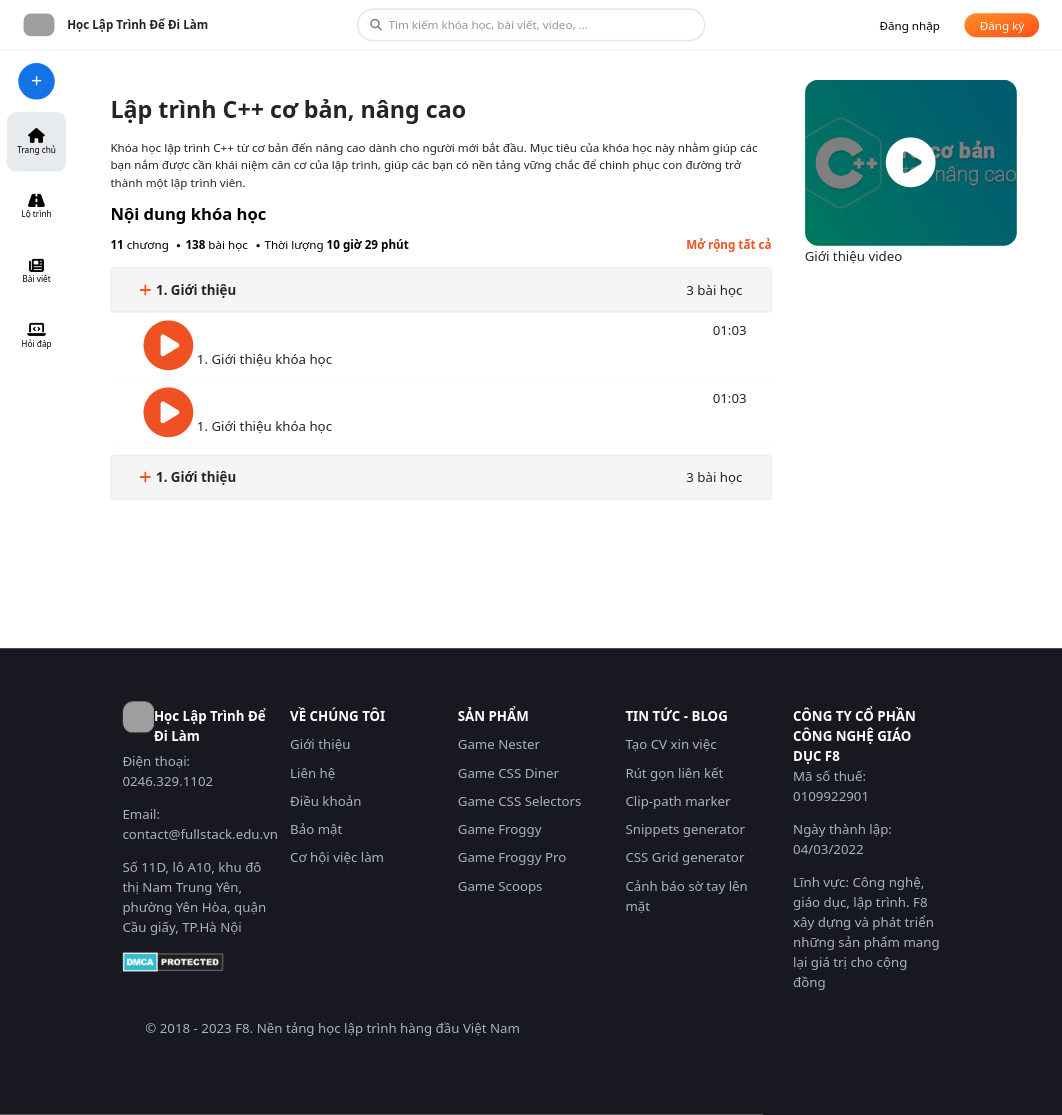
Repository: Quoc-Thang/projectasm
Page: introcourse.html
An editor plug-in stored every save of this project. The page is shown before and after the next save, followed by the edit.
The browser window is 1280 px wide. The pictures show the whole page, at 83% of full size.
Pictures or frames that could not be fetched are drawn as grey boxes. Some web libraries are served in a nearby version.

Above is the page before, as saved 2023-11-30 22:47:52.

After the next save:
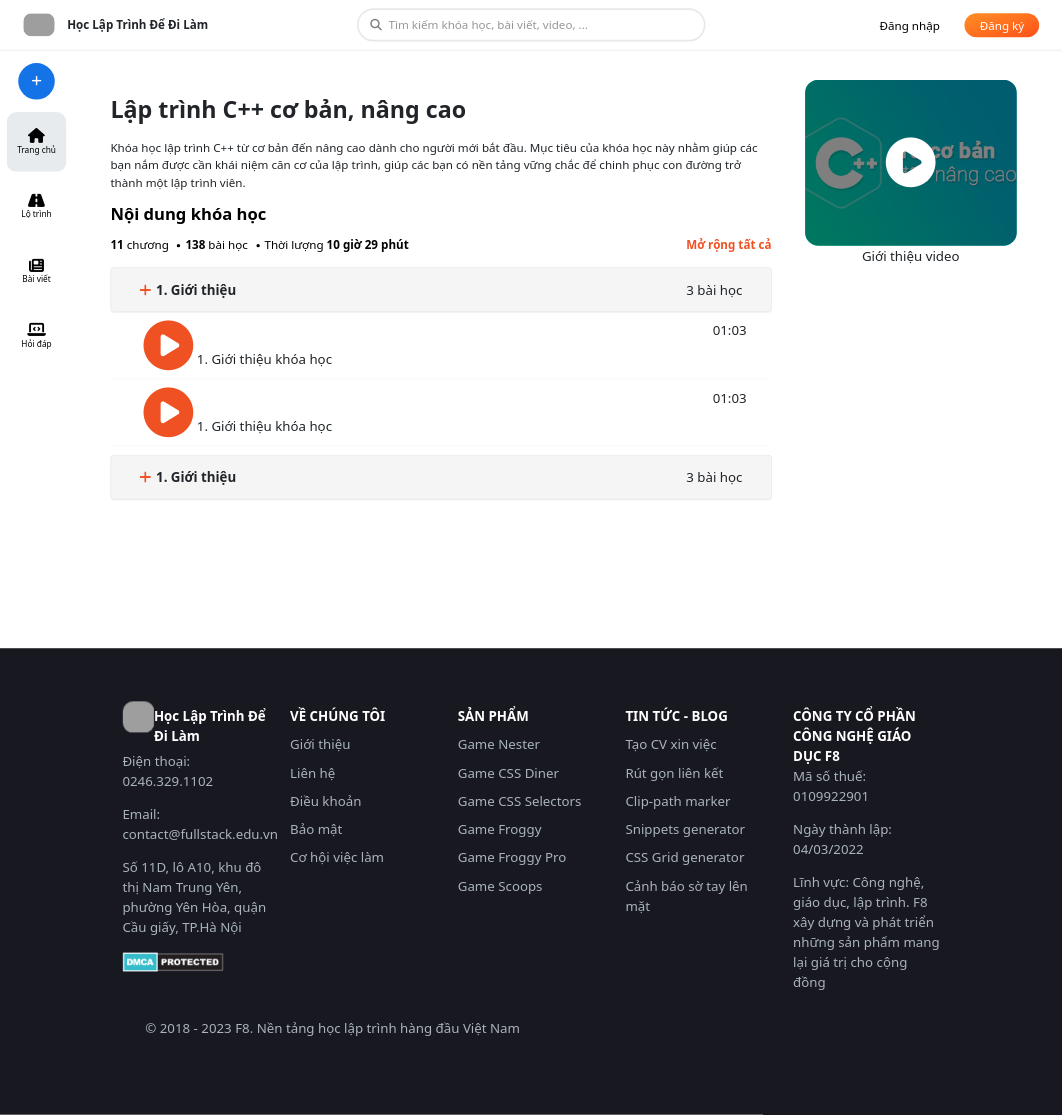
Saved 34 s later.
--- a/view/assets/css/introcourse.css
+++ b/view/assets/css/introcourse.css
@@ -180,4 +180,6 @@
 
 .see-intro-course {
   position: absolute;
+  text-align: center;
+  width: 100%;
 }
